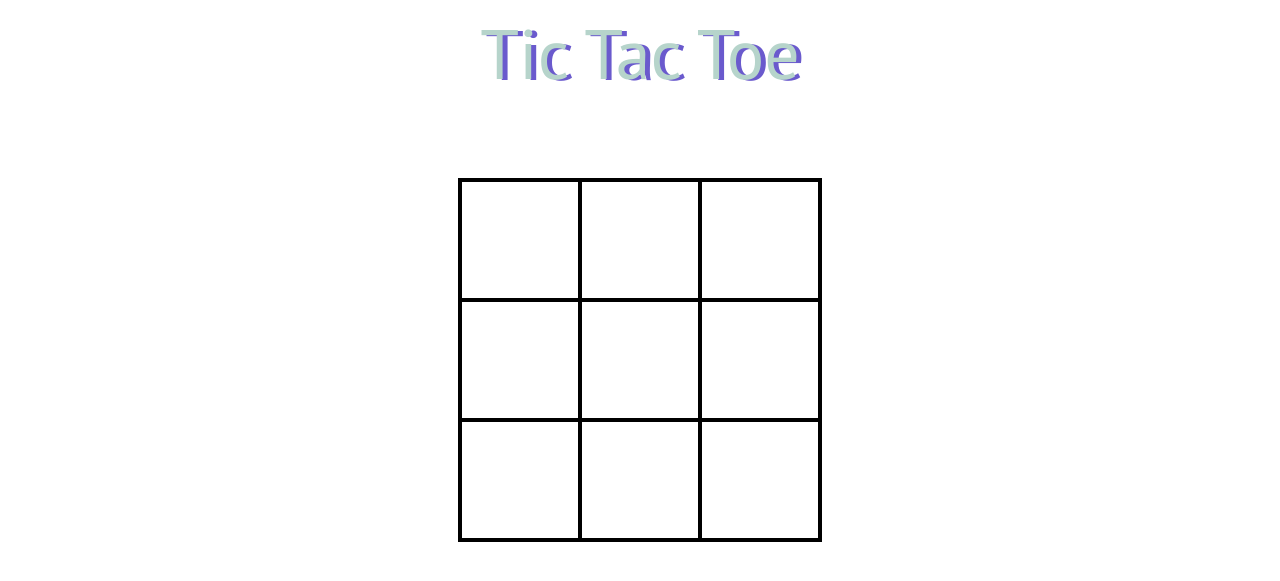
Repository: chin9/TicTacToe
Page: index.html
These files come from the project's save history. The page is drawn as it stood at one moment and after the next save; the edit follows.
The browser window is 1280 px wide. The pictures show the whole page.

Above is the page before, as saved 2021-05-15 20:54:22.

### index.html
<head>
    <link rel='stylesheet' href='style.css'>
</head>

<title> TicTacToe</title>

<header>Tic Tac Toe</header>


<body>
    <div class='board'>

        <div class='grid' id='0'>

        </div>

        <div class='grid' id='1'>

        </div>

        <div class='grid' id='2'>

        </div>

        <div class='grid' id='3'>

        </div>

        <div class='grid' id='4'>

        </div>

        <div class='grid' id='5'>

        </div>

        <div class='grid' id='6'>

        </div>

        <div class='grid' id='7'>

        </div>

        <div class='grid' id='8'>

        </div>

    </div>
</body>

<script src='script.js'></script>

### style.css
@import url('https://fonts.googleapis.com/css2?family=PT+Sans&display=swap');


header{
    font-family: 'PT Sans', sans-serif;
    font-size: 70px;
    color: rgb(182, 212, 203);
    text-shadow: 5px 1px slateblue;
    text-align: center;
}

body{
    display: flex;
    flex-direction: column;
    align-items: center;

}

.board{
    height: 50vh;
    width: 50vh;

    position: relative;
    top: 80px;

    display: grid;
    grid-template-columns: 1fr 1fr 1fr;
    grid-template-rows: 1fr 1fr 1fr;

    border: 2px black solid;
}

.grid{
    border: 2px black solid;

    font-size: 50px;
    text-align: center;
    padding-top: 30px;
}

### script.js


const gameboard = (() => {

    // 0: blank; 'O': circle; 'X': cross
    var grids = [0, 0, 0,
                 0, 0, 0,
                 0, 0, 0];

    function renderBoard() {

        for (let i = 0; i < 9; i++) {
            const grid = document.getElementById(`${i}`);
            if (grids[i] == 'O') {
                grid.textContent = 'O';
            } else if (grids[i] == 'X') {
                grid.textContent = 'X';
            } else {
                grid.textContent = '';
            }

        }

    };


    return {renderBoard};


})();


gameboard.renderBoard();

const player = (sign) => {

}

const player1 = player('O');
const player2 = player('X');

After the next save:
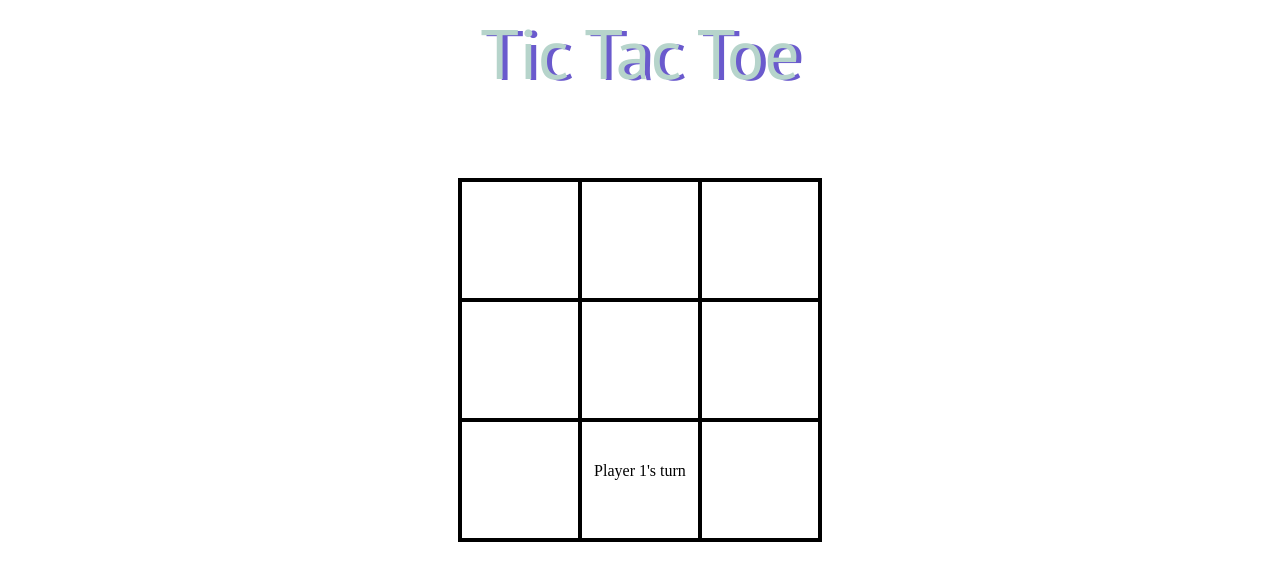
Saved 3 min 15 s later.
--- a/index.html
+++ b/index.html
@@ -47,6 +47,10 @@
         </div>
 
     </div>
+
+    <div class='status' id='status'>
+        Player 1's turn
+    </div>
 </body>
 
 <script src='script.js'></script>
